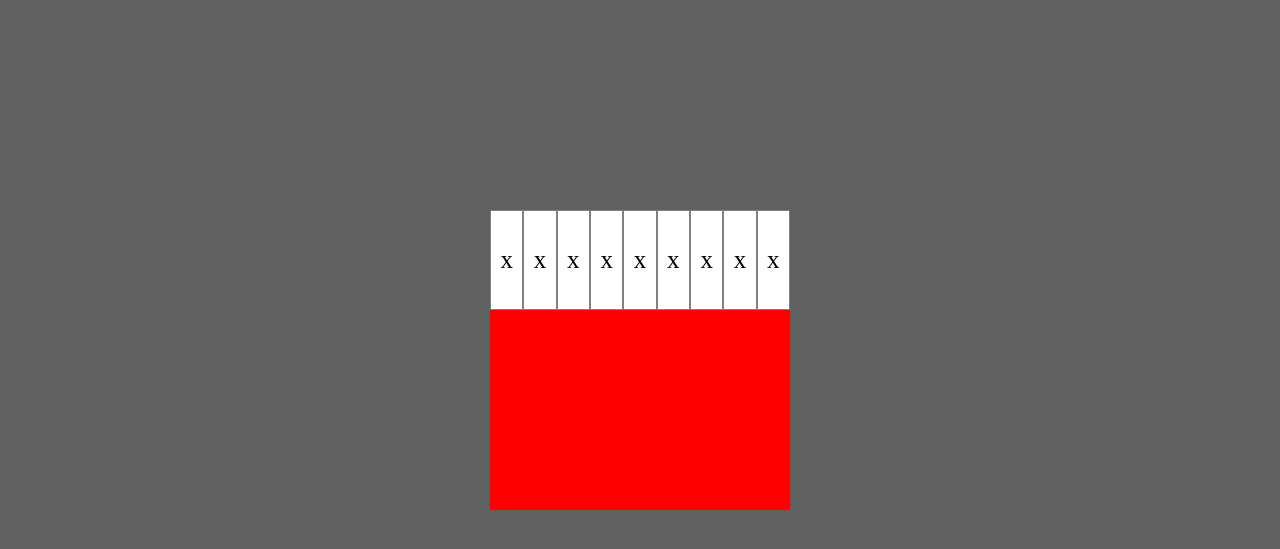
Repository: Minkeani/TIC-TAC_TOE
Page: /
The author's editor kept a copy of each file at every save. The page is drawn from the files as they stood at one save, then again after the next save.
The browser window is 1280 px wide. The pictures show the whole page.
Some web fonts or font styles are not loaded; a fallback is used. The project was rebuilt for these pictures with package versions that can differ from the ones it lists, and the page was loaded fresh each time.

Above is the page before, as saved 2022-05-22 12:52:12.

### public/index.html
<!DOCTYPE html>
<html lang="en">
  <head>
    <meta charset="utf-8" />
    <link rel="icon" href="%PUBLIC_URL%/favicon.ico" />
    <meta name="viewport" content="width=device-width, initial-scale=1" />
    <title>React App</title>
    <link rel="preconnect" href="https://fonts.googleapis.com">
<link rel="preconnect" href="https://fonts.gstatic.com" crossorigin>
<link href="https://fonts.googleapis.com/css2?family=Koulen&display=swap" rel="stylesheet">
  </head>
  <body>
    <div id="root"></div>
  </body>
</html>

### src/index.css
* {
  font-family: 'Koulen', cursive;
  margin: 0;
  padding: 0;
  box-sizing: border-box
}

### src/App.js
import './App.css';
import Game from './components/Game';

function App() {
  return (
    <div className="App">
     <Game/>
    </div>
  );
}

export default App;

### src/components/Game.jsx
import React from 'react'
import './Game.css'
import Board from './Board'

export default function Game() {
  return (
    <div className='wrapper'>
      <Board/>
    </div>
  )
}

### src/components/Game.css
.wrapper {
    min-height: 100vh;
    width: 100%;
    background: #606060;
    display: flex;
    align-items: center;
    justify-content: center;
    flex-direction: column
}

### src/components/Board.jsx
import React from 'react'
import './Board.css'
import Square from './Square'

export default function Board() {
  return (
    <div className='board'>
      <Square/>
      <Square/>
      <Square/>
      <Square/>
      <Square/>
      <Square/>
      <Square/>
      <Square/>
      <Square/>
    </div>
  )
}

### src/components/Board.css
.board {
    width: 300px;
    height: 300px;
    background-color: red;
    display: flex;
    display-wrap: wrap
}

### src/components/Square.jsx
import React from 'react'
import './Square.css'

export default function Square() {
  return (
    <button className='square'>
      x
    </button>
  )
}

### src/components/Square.css
.square {
    width: 100px;
    height: 100px;
    background: white;
    border: 1px solid gray;
    cursor: pointer;
    outline: none;
    align-items: center;
    font-size: 25px;
    justify-content: center;
    display: flex
}

Loaded but not shown: src/index.js (common file); src/App.css (common file)

After the next save:
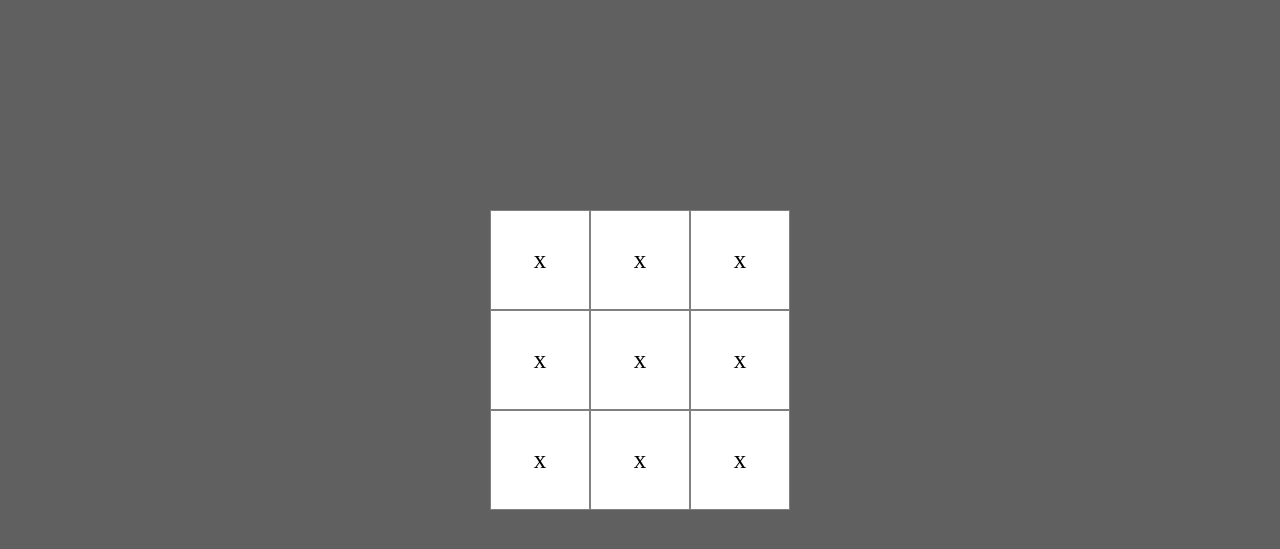
Saved 24 s later.
--- a/src/components/Board.css
+++ b/src/components/Board.css
@@ -3,5 +3,5 @@
     height: 300px;
     background-color: red;
     display: flex;
-    display-wrap: wrap
+    flex-wrap: wrap
 }
